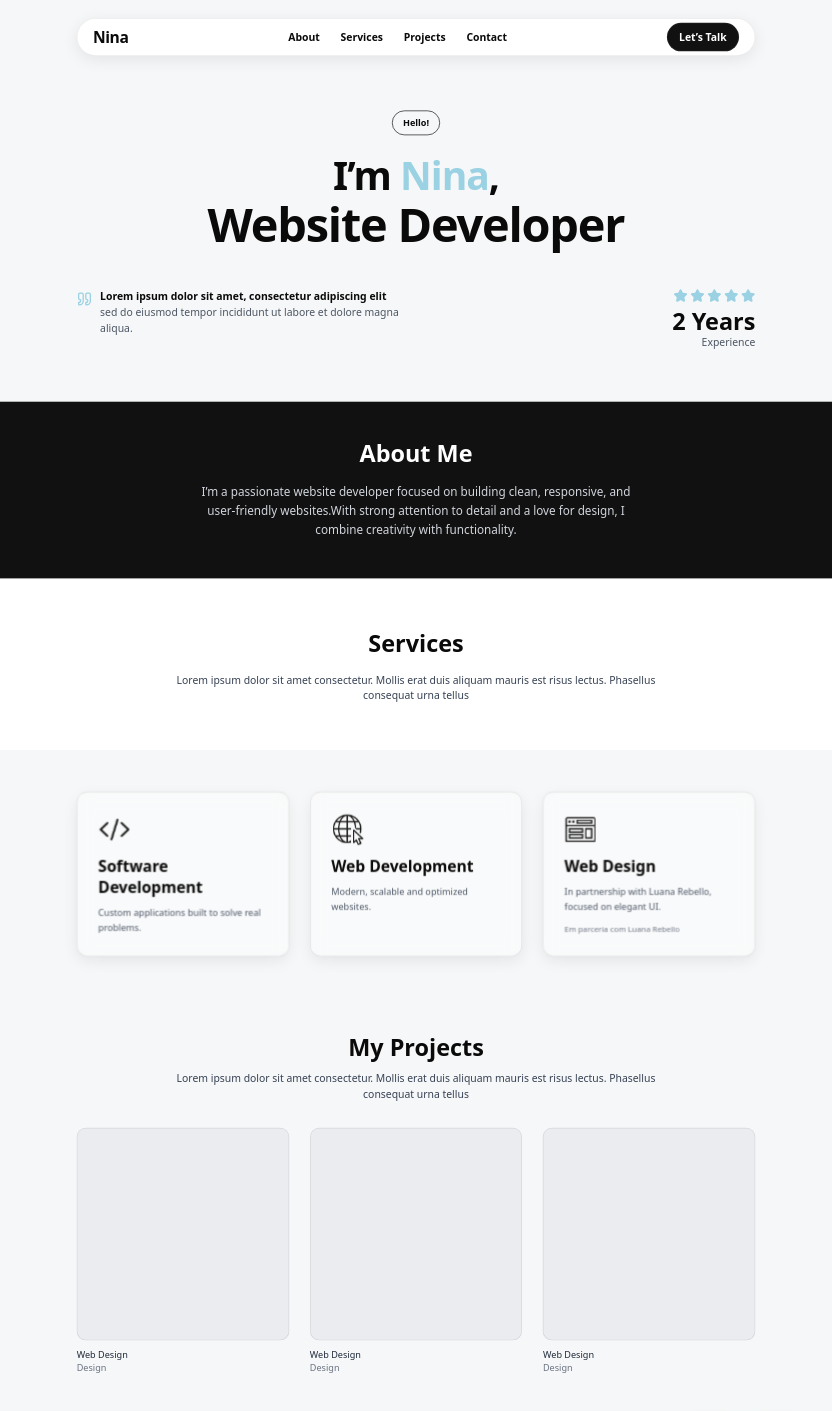
Repository: nina-rebello/portfolio
Page: /
The author's editor kept a copy of each file at every save. The page is drawn from the files as they stood at one save, then again after the next save.
The browser window is 1280 px wide. The pictures show the whole page, at 65% of full size.
The project was rebuilt for these pictures with package versions that can differ from the ones it lists, and the page was loaded fresh each time. The framework's server and built-in components were replaced by stand-ins that run in the browser. Also part of the build but not shown: next.config.ts.

Above is the page before, as saved 2025-09-11 17:50:37.

### app/page.tsx
// app/page.tsx
import Header from "@/components/header/Header";
import AboutMe from "@/components/sections/About";
import Hero from "@/components/sections/Hero";
import Projects from "@/components/sections/Projects";
import Services from "@/components/sections/Services";

export default function HomePage() {
  return (
    <>
      <Header />
      <main>
        <Hero />
        <AboutMe />
        <Services />
        <Projects />
      </main>
    </>
  );
}

### app/globals.css
@import "tailwindcss";
/* app/(styles)/header.css */
:root{
  --bg:#f6f7f8;           /* fundo clarinho do mock */
  --ink:#0a0a0a;          /* texto principal */
  --muted:#4b5563;        /* texto secundário */
  --pill:#ffffff;         /* fundo do header/cta pill */
  --brand:#9ad1e3;        /* azul do “Nina” e estrelas */
}

html,body{background:var(--bg); color:var(--ink);}

/* helpers */
.container-hero{max-width:1100px; margin-inline:auto; padding-inline:clamp(16px,3vw,28px);}
.glass{
  background:var(--pill);
  border:1px solid rgba(0,0,0,.08);
  box-shadow:0 6px 24px rgba(0,0,0,.08);
}
.btn-pill{
  border-radius:9999px; padding:10px 18px; font-weight:600;
  background:#111; color:#fff; border:1px solid rgba(255,255,255,.1);
  transition:transform .15s ease, box-shadow .15s ease, opacity .2s ease;
}
.btn-pill:hover{ transform:translateY(-1px); box-shadow:0 8px 24px rgba(0,0,0,.18);}
.nav-link{ padding:10px 14px; border-radius:12px; font-weight:600; }
.nav-link:hover{ background:rgba(0,0,0,.04); }

.no-scrollbar::-webkit-scrollbar{ display:none; }
.no-scrollbar{ -ms-overflow-style:none; scrollbar-width:none; }

### components/header/Header.tsx
"use client";

import Link from "next/link";
import { useState, useEffect } from "react";
import { Menu, X } from "lucide-react";

const NAV = [
  { label: "About", href: "#about" },
  { label: "Services", href: "#services" },
  { label: "Projects", href: "#projects" },
  { label: "Contact", href: "#contact" },
];

export default function Header() {
  const [open, setOpen] = useState(false);

  // fecha o menu ao navegar/scroll
  useEffect(() => {
    const close = () => setOpen(false);
    window.addEventListener("scroll", close);
    return () => window.removeEventListener("scroll", close);
  }, []);

  return (
    <header className="sticky top-7 z-50">
      <div className="container-hero">
        <div
          className="glass flex items-center justify-between rounded-[32px] px-4 sm:px-6 py-1.5"
          role="navigation"
          aria-label="Primary"
        >
          {/* logo / nome */}
          <Link href="/" className="font-bold tracking-tight text-xl sm:text-2xl">
            Nina
          </Link>

          {/* desktop nav */}
          <nav className="hidden md:flex items-center gap-1">
            {NAV.map((i) => (
              <a key={i.href} href={i.href} className="nav-link">
                {i.label}
              </a>
            ))}
          </nav>

          {/* CTA */}
          <div className="hidden md:block">
            <a href="#contact" className="btn-pill">Let’s Talk</a>
          </div>

          {/* mobile toggle */}
          <button
            aria-label="Abrir menu"
            className="md:hidden p-2 rounded-xl hover:bg-black/5"
            onClick={() => setOpen((v) => !v)}
          >
            {open ? <X /> : <Menu />}
          </button>
        </div>

        {/* mobile sheet */}
        {open && (
          <div className="md:hidden mt-2 glass rounded-3xl p-3">
            <nav className="grid gap-1">
              {NAV.map((i) => (
                <a
                  key={i.href}
                  href={i.href}
                  className="nav-link"
                  onClick={() => setOpen(false)}
                >
                  {i.label}
                </a>
              ))}
              <a href="#contact" className="btn-pill text-center mt-1">
                Let’s Talk
              </a>
            </nav>
          </div>
        )}
      </div>
    </header>
  );
}

### components/sections/About.tsx
export default function AboutMe() {
  return (
    <section id="about" className="bg-[#111] text-white  py-11 sm:py-15 mt-4 sm:mt-20">
      <div className="container-hero text-center">
        <h2 className="text-3xl sm:text-4xl font-extrabold mb-6">
          About Me
        </h2>
        <p className="max-w-2xl mx-auto text-lg text-gray-300 leading-relaxed">
          I’m a passionate website developer focused on building
          clean, responsive, and user-friendly websites.
          {/* <br /> */}
          With strong attention to detail and a love for design,
          I combine creativity with functionality.
        </p>
      </div>
    </section>
  );
}

### components/sections/Hero.tsx
import { Quote, Star } from "lucide-react";

function HelloBubble() {
  return (
    <div className="inline-flex items-center gap-2">
      <span className="inline-flex items-center justify-center rounded-full border px-4 py-2 text-sm font-semibold">
        Hello!
      </span>
    </div>
  );
}

export default function Hero() {
  return (
    <section className="pt-20 sm:pt-28">
      <div className="container-hero">
        {/* bloco principal */}
        <div className="text-center">
          <div className="mb-6 sm:mb-8">
            <HelloBubble />
          </div>

          <p className="text-4xl sm:text-5xl md:text-6xl font-bold tracking-tight">
            I’m{" "}
            <span style={{ color: "var(--brand)" }}>
              Nina
            </span>
            ,
          </p>
          <h1 className="mt-2 text-4xl sm:text-6xl md:text-7xl font-bold tracking-tight">
            Website Developer
          </h1>
        </div>

        {/* faixa inferior: quote esquerda / rating direita */}
        <div className="mt-16 grid grid-cols-1 md:grid-cols-2 gap-8 items-start">
          {/* quote */}
          <div className="flex gap-3">
            <div className="mt-1">
              <Quote className="text-[var(--brand)]" />
            </div>
            <div>
              <p className="font-semibold">
                Lorem ipsum dolor sit amet, consectetur adipiscing elit
              </p>
              <p className="text-[var(--muted)]">
                sed do eiusmod tempor incididunt ut labore et dolore magna aliqua.
              </p>
            </div>
          </div>

          {/* rating / experiência */}
          <div className="flex md:justify-end">
            <div className="text-right">
              <div className="flex justify-end gap-1 mb-2" aria-label="5 out of 5 stars">
                {Array.from({ length: 5 }).map((_, i) => (
                  <Star key={i} className="text-[var(--brand)]" fill="currentColor" size={22} />
                ))}
              </div>
              <div className="text-3xl sm:text-4xl font-bold">2 Years</div>
              <div className="text-[var(--muted)]">Experience</div>
            </div>
          </div>
        </div>
      </div>
    </section>
  );
}

### components/sections/Projects.tsx
import Image from "next/image";

const PROJECTS = [
  { id: "1", title: "Web Design" },
  { id: "2", title: "Web Design" },
  { id: "3", title: "Web Design" },
  // adicione mais itens aqui...
];

export default function Projects() {
  return (
    // nada de faixa branca aqui; fundo continua com gradiente
    <section id="projects" className="relative overflow-hidden py-14">
      {/* === fundo (continuação do gradiente do Services) === */}
      <div className="absolute inset-0 -z-10 pointer-events-none select-none">
        {/* reutiliza o light-leak da esquerda para dar sensação de continuidade */}
        <Image
          src="/gradients/light-leak-blur-transparent-free-png.png"
          alt=""
          width={1200}
          height={900}
          className="absolute -top-24 -left-40 w-[780px] opacity-80"
          priority
        />

        {/* === o blob específico que você pediu === */}
        <Image
          src="/gradients/blur-gradient.png"
          alt=""
          width={760}
          height={760}
          className="absolute top-4 right-[-250px] w-[760px] opacity-70"
        />
      </div>

      {/* conteúdo direto sobre o gradiente */}
      <div className="container-hero text-center">
        <h2 className="text-3xl sm:text-4xl font-extrabold">My Projects</h2>
        <p className="max-w-3xl mx-auto mt-4 text-gray-700">
          Lorem ipsum dolor sit amet consectetur. Mollis erat duis aliquam mauris est risus lectus.
          Phasellus consequat urna tellus
        </p>

        {/* grid estático (como no mock); em mobile vira 1/2 colunas */}
        <div className="mt-10 grid gap-8 grid-cols-1 sm:grid-cols-2 lg:grid-cols-3">
          {PROJECTS.map((p) => (
            <article key={p.id} className="text-left">
              {/* placeholder da capa */}
              <div className="aspect-[1/1] rounded-[14px] bg-gray-200/70 border border-black/10" />
              <div className="mt-3 text-sm">
                <div className="text-gray-800">{p.title}</div>
                <div className="text-gray-500">Design</div>
              </div>
            </article>
          ))}
        </div>
      </div>
    </section>
  );
}


//  {/* === background gradients === */}
//       <div className="absolute inset-0 z-0 pointer-events-none select-none">

//         <Image
//           src="/gradients/blur-gradient.png"
//           alt=""
//           width={600}
//           height={600}
//           className="absolute top-4 right-250 w-[760px] opacity-70"
//         />
//       </div>

### components/sections/Services.tsx
import Image from "next/image";

const services = [
  {
    icon: "/icons/icons8-source-code-96.png",
    title: "Software Development",
    desc: "Custom applications built to solve real problems.",
  },
  {
    icon: "/icons/icons8-internet-100.png",
    title: "Web Development",
    desc: "Modern, scalable and optimized websites.",
  },
  {
    icon: "/icons/icons8-web-100.png",
    title: "Web Design",
    desc: "In partnership with Luana Rebello, focused on elegant UI.",
  },
];

export default function Services() {
  return (
    <section id="services" className="relative overflow-hidden pb-0">
      {/* === gradientes de fundo === */}
      {/* === gradientes de fundo === */}
<div className="absolute inset-x-0 top-0 -bottom-[420px] -z-10 pointer-events-none select-none">
  <Image
    src="/gradients/light-leak-blur-transparent-free-png.png"
    alt=""
    width={1400}
    height={1000}
    className="absolute -top-10 left-[-200px] w-[1000px] opacity-80"
    priority
  />
  <Image
    src="/gradients/blur-gradient.png"
    alt=""
    width={860}
    height={860}
    className="absolute top-44 right-[-230px] w-[860px] opacity-70"
  />
</div>


      {/* === faixa branca por cima dos gradientes === */}
      <div className="relative z-10 bg-white pt-20 pb-18 text-center">
        <div className="container-hero">
          <h2 className="text-3xl sm:text-4xl font-extrabold mb-6">Services</h2>
          <p className="max-w-3xl mx-auto text-gray-700">
            Lorem ipsum dolor sit amet consectetur. Mollis erat duis aliquam
            mauris est risus lectus. Phasellus consequat urna tellus
          </p>
        </div>
        {/* fade branco para transição suave */}
        <div className="absolute bottom-0 left-0 right-0 h-12 bg-gradient-to-b from-white to-transparent" />
      </div>

      {/* === grid de cards === */}
    <div className="relative z-10 container-hero py-16">
      <div className="grid gap-8 sm:grid-cols-2 lg:grid-cols-3">
        {services.map((s) => (
          <div
            key={s.title}
            className="rounded-2xl p-8 backdrop-blur-md bg-white/40
                      border border-black/10 shadow-[0_8px_24px_rgba(0,0,0,0.08)]
                      transition hover:shadow-[0_12px_32px_rgba(0,0,0,0.12)]"
          >
            <div className="flex flex-col items-start text-left">
              <Image
                src={s.icon}
                alt={s.title}
                width={50}
                height={50}
                className="mb-4 opacity-90"
              />
              <h3 className="font-semibold text-2xl mb-3">{s.title}</h3>
              <p className="text-gray-600 text-sm leading-relaxed">{s.desc}</p>
              {s.title === "Web Design" && (
                <p className="mt-4 text-xs text-gray-500">
                  Em parceria com Luana Rebello
                </p>
              )}
            </div>
          </div>
        ))}
      </div>
    </div>
    </section>
  );
}

Loaded but not shown: app/layout.tsx (common file)

After the next save:
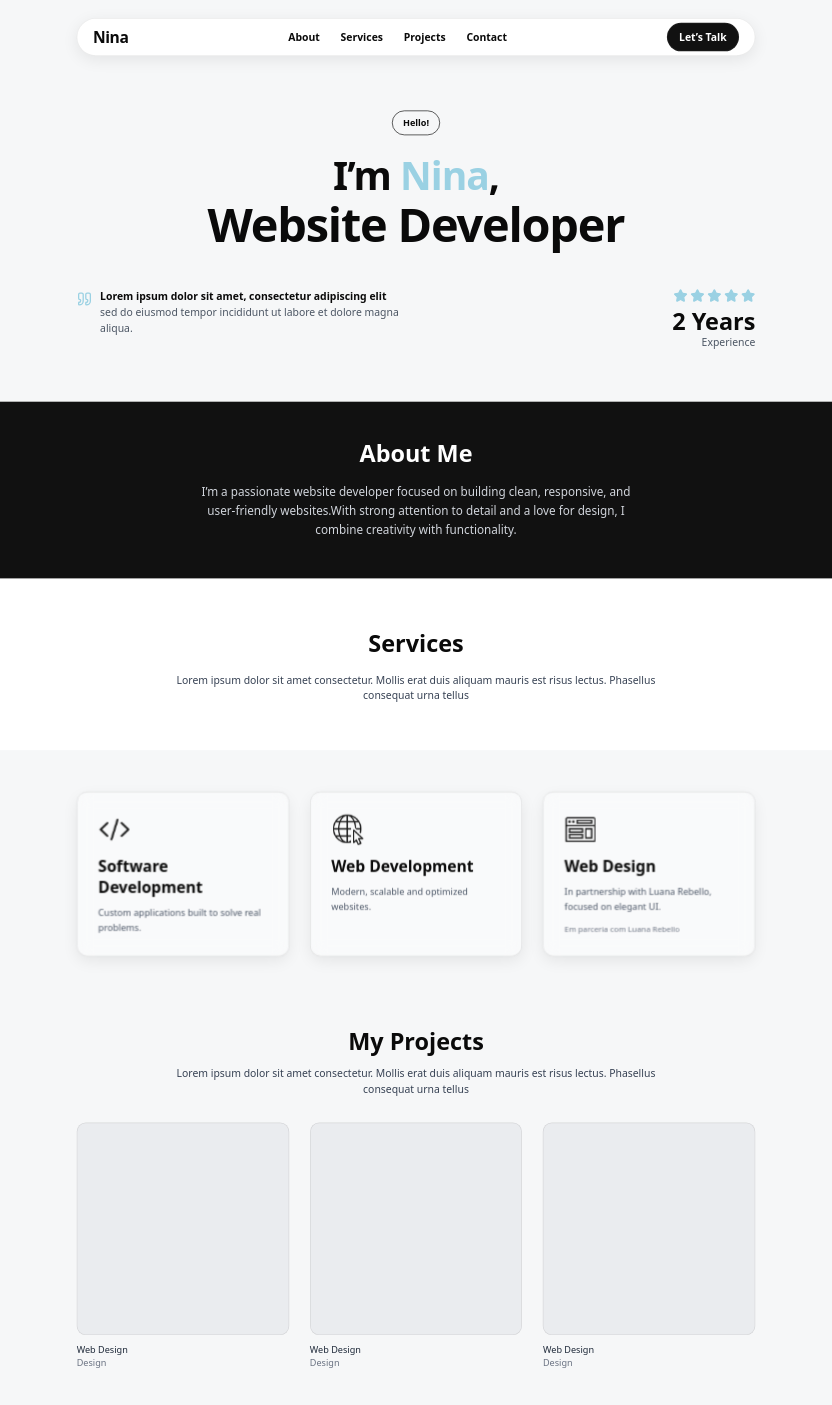
Saved 22 s later.
--- a/components/sections/Projects.tsx
+++ b/components/sections/Projects.tsx
@@ -10,39 +10,27 @@ const PROJECTS = [
 export default function Projects() {
   return (
     // nada de faixa branca aqui; fundo continua com gradiente
-    <section id="projects" className="relative overflow-hidden py-14">
-      {/* === fundo (continuação do gradiente do Services) === */}
-      <div className="absolute inset-0 -z-10 pointer-events-none select-none">
-        {/* reutiliza o light-leak da esquerda para dar sensação de continuidade */}
-        <Image
-          src="/gradients/light-leak-blur-transparent-free-png.png"
-          alt=""
-          width={1200}
-          height={900}
-          className="absolute -top-24 -left-40 w-[780px] opacity-80"
-          priority
-        />
+    <section id="projects" className="relative overflow-hidden -mt-2 pt-14 pb-14">
+  {/* NÃO coloque bg branco aqui */}
+  {/* se quiser aquele blob da direita, pode manter este: */}
+  <div className="absolute inset-0 -z-10 pointer-events-none select-none">
+    <Image
+      src="/gradients/blur-gradient.png"
+      alt=""
+      width={760}
+      height={760}
+      className="absolute top-4 right-[-250px] w-[760px] opacity-70"
+    />
+  </div>
 
-        {/* === o blob específico que você pediu === */}
-        <Image
-          src="/gradients/blur-gradient.png"
-          alt=""
-          width={760}
-          height={760}
-          className="absolute top-4 right-[-250px] w-[760px] opacity-70"
-        />
-      </div>
+  <div className="container-hero text-center">
+    <h2 className="text-3xl sm:text-4xl font-extrabold">My Projects</h2>
+    <p className="max-w-3xl mx-auto mt-4 text-gray-700">
+      Lorem ipsum dolor sit amet consectetur. Mollis erat duis aliquam mauris est risus lectus.
+      Phasellus consequat urna tellus
+    </p>
 
-      {/* conteúdo direto sobre o gradiente */}
-      <div className="container-hero text-center">
-        <h2 className="text-3xl sm:text-4xl font-extrabold">My Projects</h2>
-        <p className="max-w-3xl mx-auto mt-4 text-gray-700">
-          Lorem ipsum dolor sit amet consectetur. Mollis erat duis aliquam mauris est risus lectus.
-          Phasellus consequat urna tellus
-        </p>
-
-        {/* grid estático (como no mock); em mobile vira 1/2 colunas */}
-        <div className="mt-10 grid gap-8 grid-cols-1 sm:grid-cols-2 lg:grid-cols-3">
+    <div className="mt-10 grid gap-8 grid-cols-1 sm:grid-cols-2 lg:grid-cols-3">
           {PROJECTS.map((p) => (
             <article key={p.id} className="text-left">
               {/* placeholder da capa */}
